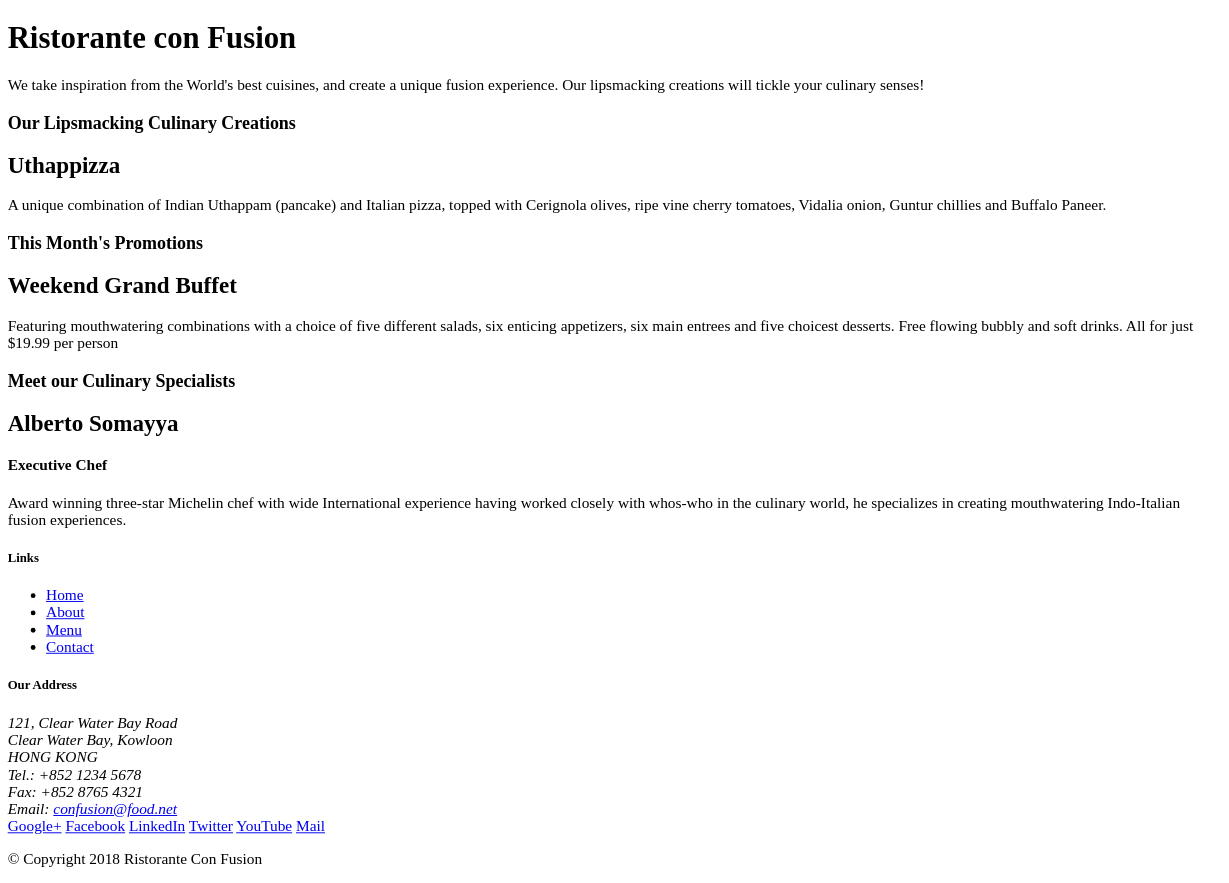
Repository: DungBuiTuan/FER201m
Page: index.html
The author's editor kept a copy of each file at every save. The page is drawn from the files as they stood at one save, then again after the next save.
The browser window is 1280 px wide. The pictures show the whole page, at 96% of full size.
Some web libraries are served in a nearby version.

Above is the page before, as saved 2023-05-15 23:57:39.

After the next save:
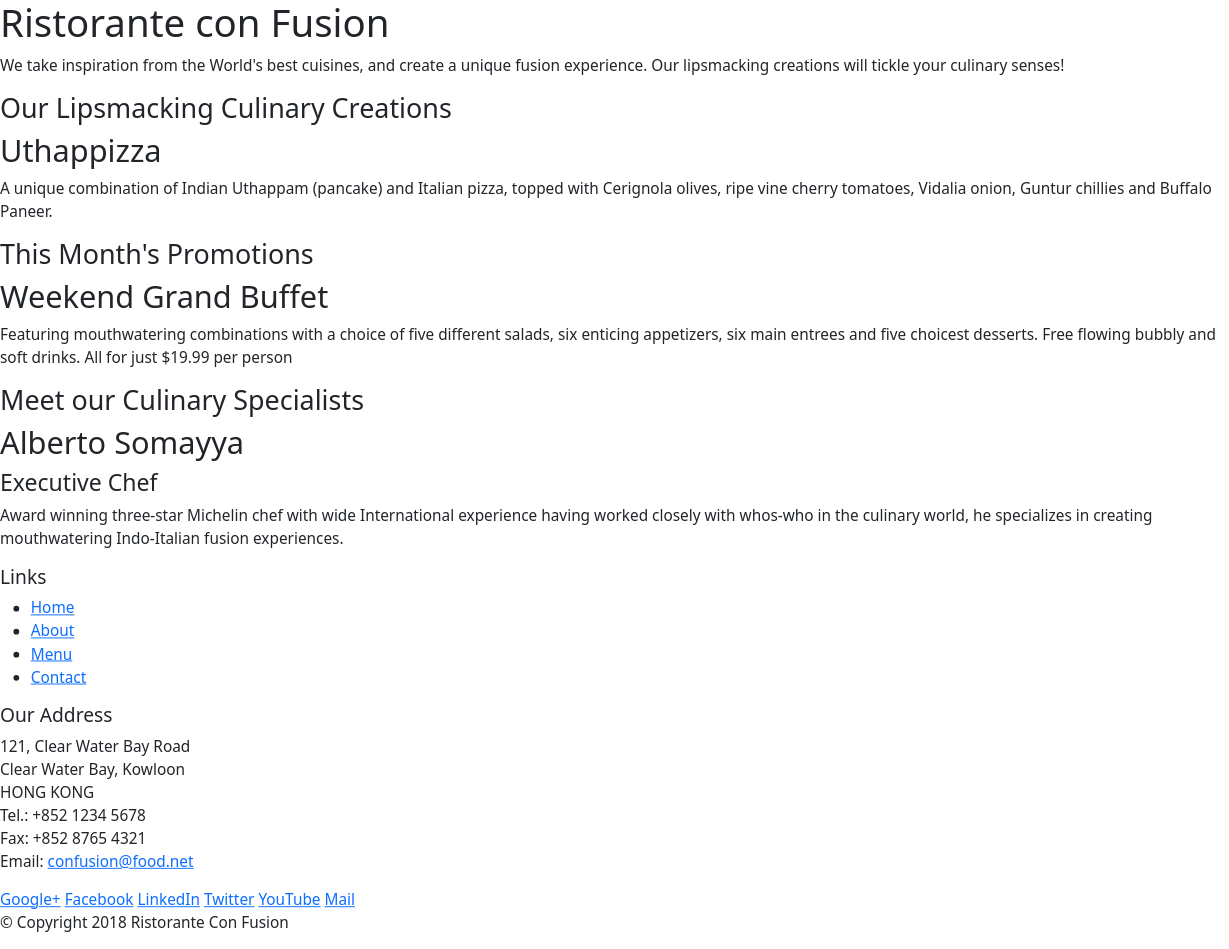
Saved 17 h 37 min later.
--- a/index.html
+++ b/index.html
@@ -2,6 +2,13 @@
 <html lang="en">
 
 <head>
+    <!-- Required meta tags always come first -->
+    <meta charset="utf-8">
+    <meta name="viewport" content="width=device-width, initial-scale=1, shrink-to-fit=no">
+    <meta http-equiv="x-ua-compatible" content="ie=edge">
+    <!-- Bootstrap CSS -->
+    <link rel="stylesheet" href="node_modules/bootstrap/dist/css/bootstrap.min.css">
+
     <title>Ristorante Con Fusion</title>
 </head>
 
